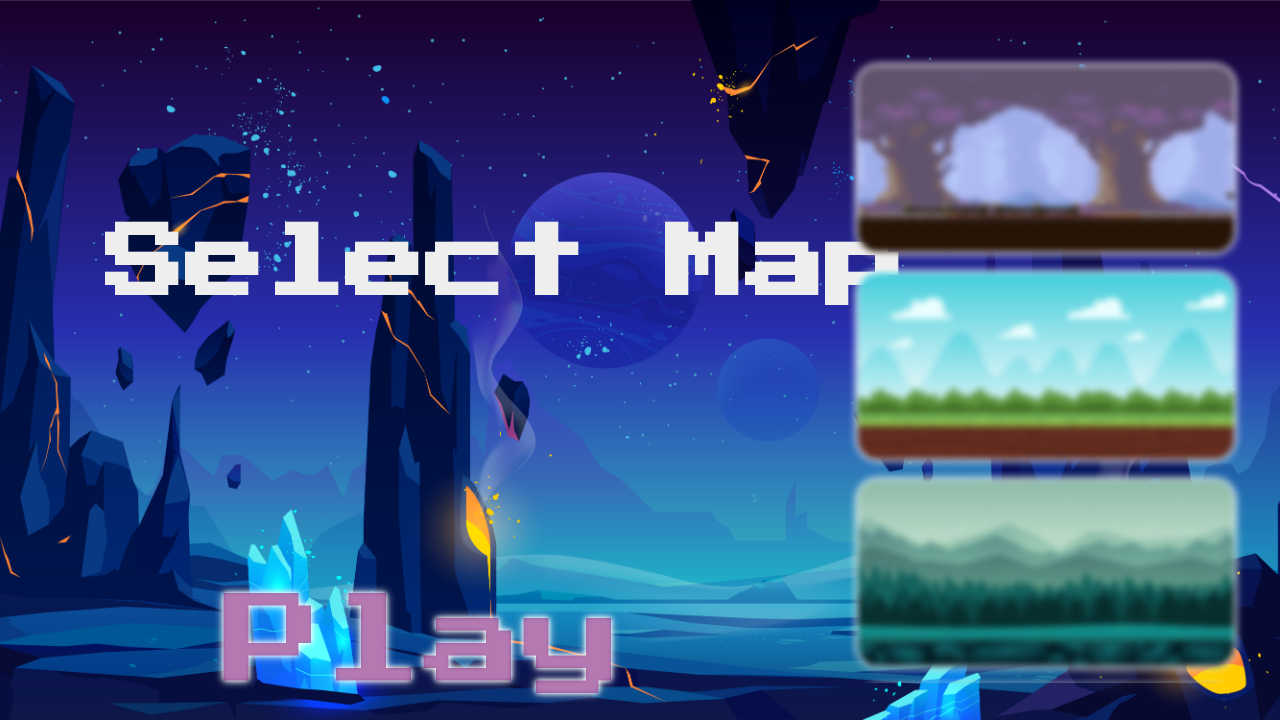
Repository: Gaurav31052/Fighting-game
Page: home.html
The author's editor kept a copy of each file at every save. The page is drawn from the files as they stood at one save, then again after the next save.
The browser window is 1280 px wide. The pictures show the whole page.
An inner scrolling area shows only its first screen.

Above is the page before, as saved 2024-06-06 23:30:50.

After the next save:
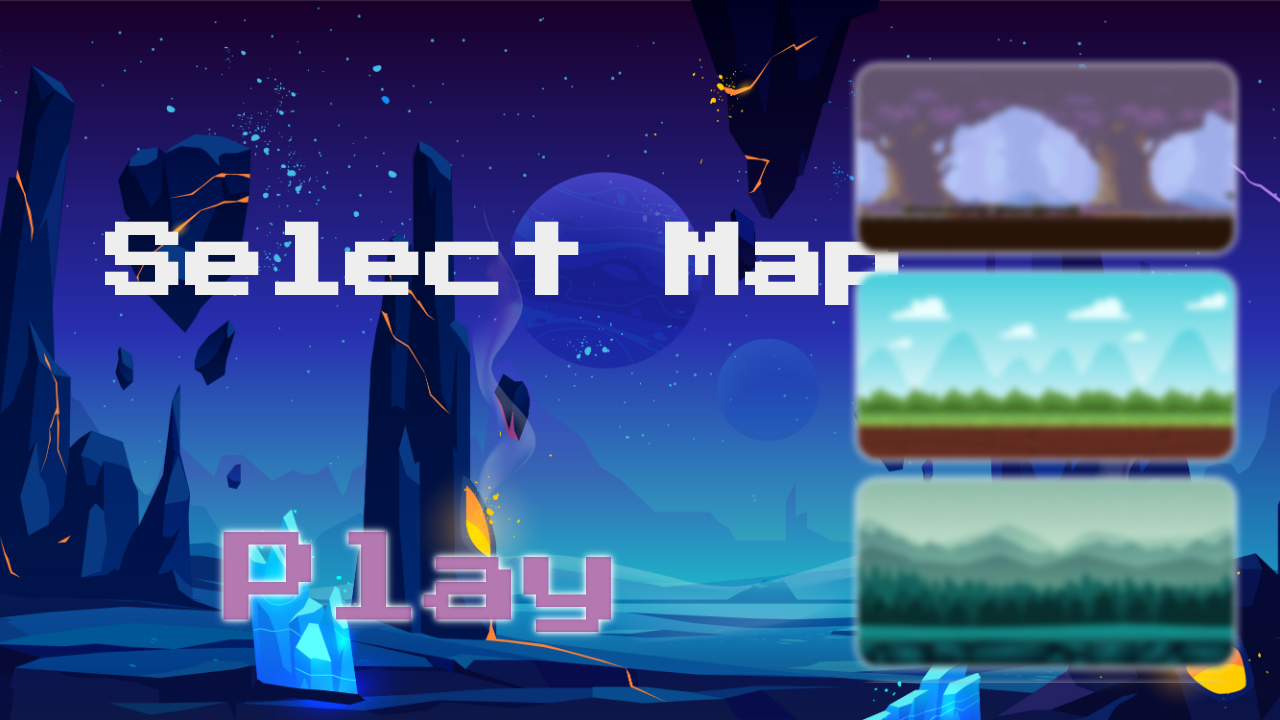
Saved 13 s later.
--- a/style.css
+++ b/style.css
@@ -39,7 +39,7 @@ a {
 .carousel .list .item button {
 
     position: absolute;
-    top: 68.5%;
+    top: 60%;
     left: 17%;
     font-size: 100px;
     font-family: "Press Start 2P", system-ui;
